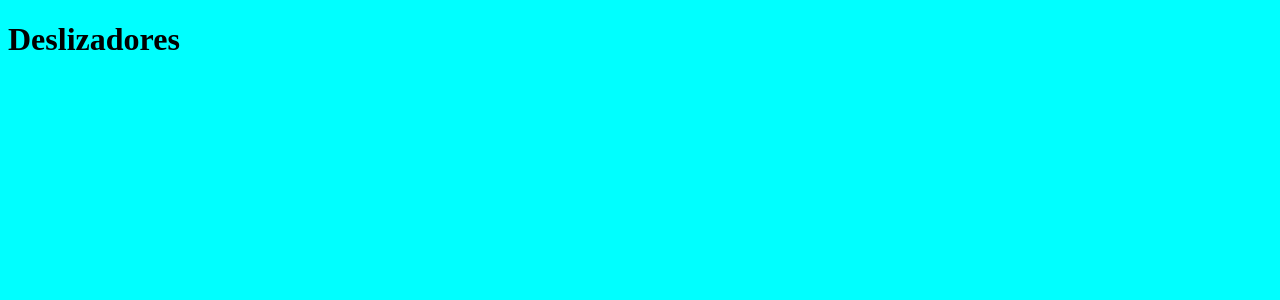
Repository: Kevin8548/Ejercicios-DOM
Page: Deslizador.html
These files come from the project's save history. The page is drawn as it stood at one moment and after the next save; the edit follows.
The browser window is 1280 px wide. The pictures show the whole page.

Above is the page before, as saved 2024-10-02 13:32:18.

### Deslizador.html
<!DOCTYPE html>
<html lang="en">
<head>
    <meta charset="UTF-8">
    <meta name="viewport" content="width=device-width, initial-scale=1.0">
    <title>Delizador</title>
    <link rel="stylesheet" href="./deslizadores.css">
</head>
<body>
    <H1>Deslizadores</H1>
    <div class="parent">
        <div class="div1"> </div>
        <div class="div2"> </div>
        </div>
</body>
</html>

### deslizadores.css
.parent {
    display: grid;
    grid-template-columns: repeat(5, 1fr);
    grid-template-rows: repeat(5, 1fr);
    grid-column-gap: 0px;
    grid-row-gap: 0px;
    }

    .div1 { grid-area: 1 / 2 / 2 / 5; }
    .div2 { grid-area: 3 / 3 / 4 / 4; }

body{
    background-color: aqua;
}

h1{
    align-items: center;
}

After the next save:
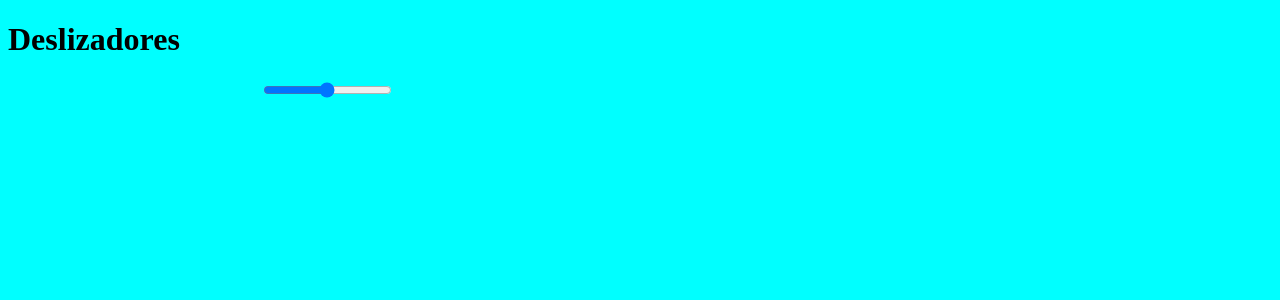
Saved 2 min 36 s later.
--- a/Deslizador.html
+++ b/Deslizador.html
@@ -9,7 +9,9 @@
 <body>
     <H1>Deslizadores</H1>
     <div class="parent">
-        <div class="div1"> </div>
+        <div class="div1">
+            <input type="range" id="slider" min="0" max="100" value="50" step="1">
+            </div>
         <div class="div2"> </div>
         </div>
 </body>
